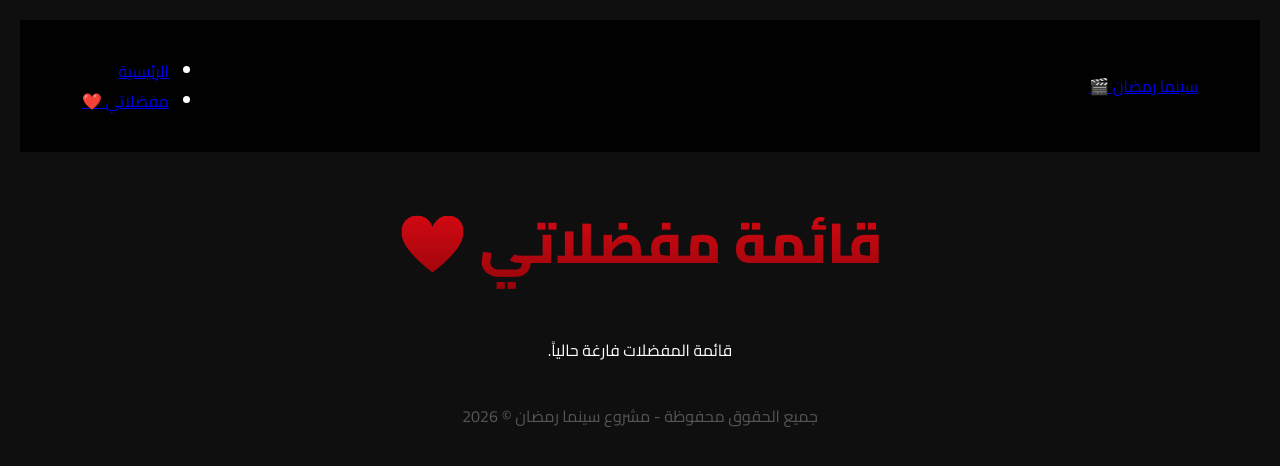
Repository: RAMADAN975/Arabic-Science-Hub
Page: /watchlist
The author's editor kept a copy of each file at every save. The page is drawn from the files as they stood at one save, then again after the next save.
The browser window is 1280 px wide. The pictures show the whole page.
The project was rebuilt for these pictures with package versions that can differ from the ones it lists, and the page was loaded fresh each time. Also part of the build but not shown: vite.config.js, src/components/Search.jsx, src/components/MovieCard.jsx, src/components/Pages/Home.jsx, src/components/Pages/MovieDetails.jsx.

Above is the page before, as saved 2026-03-16 22:43:32.

After the next save:
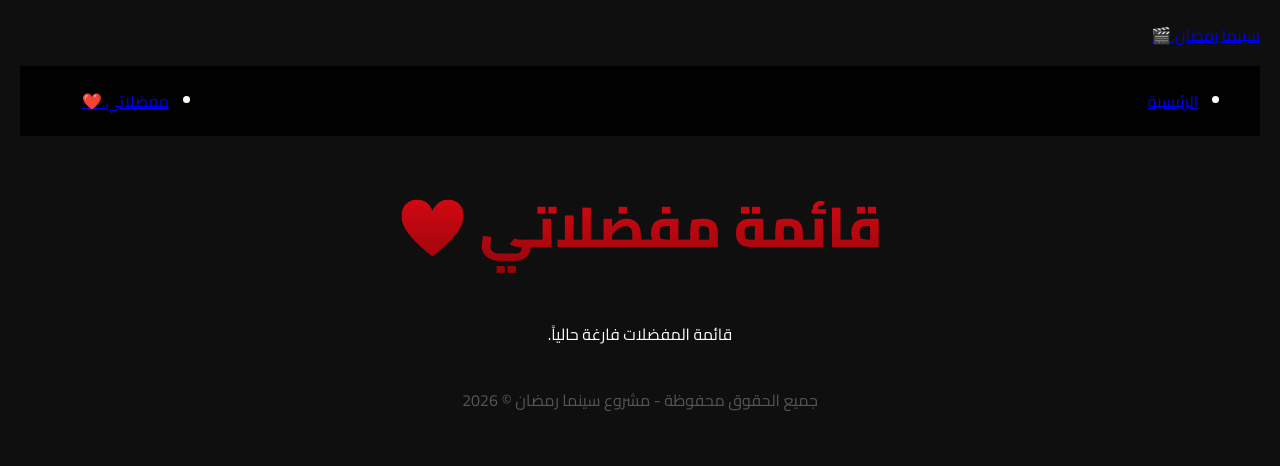
Saved 23 s later.
--- a/src/App.css
+++ b/src/App.css
@@ -166,12 +166,8 @@ h1 {
   }
 }
 
-/* Global Styles and Colors */
-:root {}
-
-
 /* 2. Navbar Styling (Flexbox) */
-.navbar {
+.nav-links {
   display: flex;
   justify-content: space-between;
   align-items: center;
